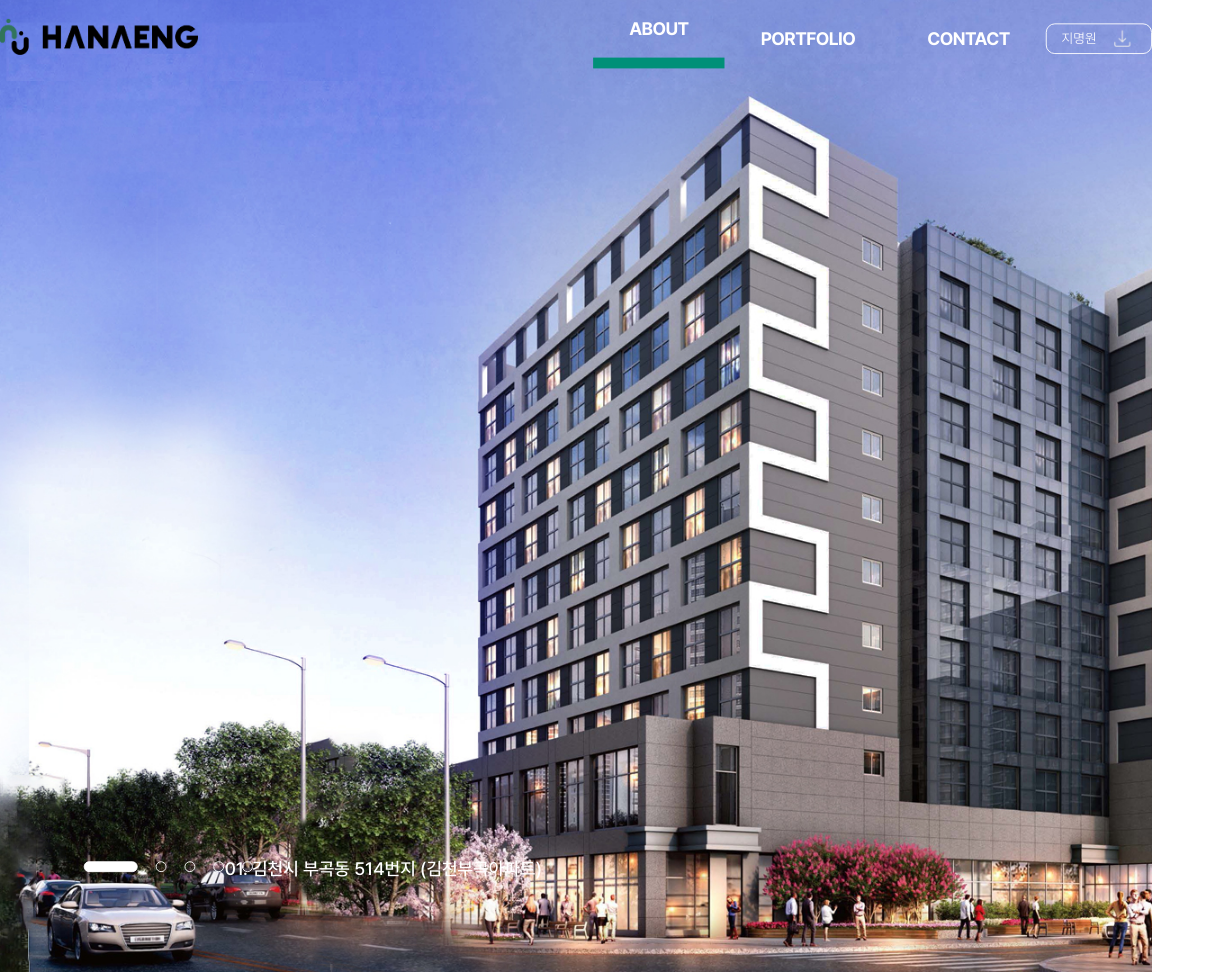
Repository: makeditWeb/hanaenc
Page: main.html
These files come from the project's save history. The page is drawn as it stood at one moment and after the next save; the edit follows.
The browser window is 1280 px wide. The page is 1363 px wide, so the pictures cover 1363 px, including what lies to the right of the window. The pictures show the whole page, at 90% of full size.
The pointer rests on the first visible `.menu-bar .nav-link`.
Some web libraries are served in a nearby version.

Above is the page before, as saved 2023-07-05 18:54:48.

### main.html
<!DOCTYPE html>
<html lang="en">
<head>
    <meta charset="UTF-8">
    <meta name="viewport" content="width=device-width, initial-scale=1.0">
    <title>Document</title>

    <link rel="stylesheet" href="./css/style.css">

    <link rel="stylesheet" type="text/css" href="//cdn.jsdelivr.net/npm/slick-carousel@1.8.1/slick/slick.css"/>
</head>
<body>
    <header id="nav-menu" aria-label="navigation bar">
        <div class="container">
            <div class="nav-start">
                <a class="logo" href="/">
                    <img src="./image/logo_b.png"alt="Logo" />
                </a>

            </div>



            <div class="nav-end">
                <nav class="menu">
                    <ul class="menu-bar">
                        <li>
                            <button class="nav-link dropdown-btn" data-dropdown="dropdown1" aria-haspopup="true"
                                aria-expanded="false" aria-label="discover">
                                ABOUT
                            </button>
                            <div id="dropdown1" class="dropdown">
                                <ul role="menu">
                                    <li role="menuitem">
                                        <a class="dropdown-link" href="#branding">회사소개 및 연혁</a>
                                    </li>
                                    <li role="menuitem">
                                        <a class="dropdown-link" href="#branding">사업분야</a>
                                    </li>
                                    <li role="menuitem">
                                        <a class="dropdown-link" href="#illustrations">조직도</a>
                                    </li>
                                    <li role="menuitem">
                                        <a class="dropdown-link" href="#illustrations">인증현황</a>
                                    </li>
                                </ul>
                            </div>
                        </li>
                        <li><a class="nav-link" href="/">PORTFOLIO</a></li>
                        <li><a class="nav-link" href="/">CONTACT</a></li>
                    </ul>
                </nav>
                <div class="download_wrap">
                    <p>지명원</p>
                    <img src="./image/navbar_down_w.png">
                </div>
                <button id="hamburger" aria-label="hamburger" aria-haspopup="true" aria-expanded="false">
                    <i class="bx bx-menu" aria-hidden="true"></i>
                </button>
            </div>
        </div>
    </header>

    <section class="main">
        <div class="main-slide-wrap">
            <div class="main-slide">
                <img src="./image/main_slide1.jpg" alt="slide1">
                <p class="slide_title">01. 김천시 부곡동 514번지 (김천부곡아파트)</p>
            </div>
            <div class="main-slide">
                <img src="./image/main_slide2.jpg" alt="slide1">
                <p class="slide_title">01. 김천시 부곡동 514번지 (김천부곡아파트)</p>
            </div>
            <div class="main-slide">
                <img src="./image/main_slide3.jpg" alt="slide1">
                <p class="slide_title">01. 김천시 부곡동 514번지 (김천부곡아파트)</p>
            </div>
            <div class="main-slide">
                <img src="./image/main_slide4.jpg" alt="slide1">
                <p class="slide_title">01. 김천시 부곡동 514번지 (김천부곡아파트)</p>
            </div>
            <div class="main-slide">
                <img src="./image/main_slide5.jpg" alt="slide1">
                <p class="slide_title">01. 김천시 부곡동 514번지 (김천부곡아파트)</p>
            </div>
        </div>
    </section>
</body>

<script type="text/javascript" src="//code.jquery.com/jquery-1.11.0.min.js"></script>
<script type="text/javascript" src="//cdn.jsdelivr.net/npm/slick-carousel@1.8.1/slick/slick.min.js"></script>
<script src="./js/main.js"></script>

<script>
    $(document).ready(function () {
        $('.main-slide-wrap').slick({
            infinite: true,
            slidesToShow: 1,
            dots: true,
            arrows:false,
        });
    });
</script>
</html>

### css/style.css
* {
    margin: 0;
    padding: 0;
    box-sizing: border-box;
}

:root {
    --dark-grey: #333333;
    --medium-grey: #636363;
    --light-grey: #eeeeee;
    --ash: #f4f4f4;
    --primary-color: #2b72fb;
    --white: white;
    --border: 1px solid var(--light-grey);
    --shadow: rgba(0, 0, 0, 0.05) 0px 6px 24px 0px,
        rgba(0, 0, 0, 0.08) 0px 0px 0px 1px;
    --main-color:#009078;
}


@font-face {
    font-family: 'Pretendard-Thin';
    src: url('../font/Pretendard-Thin.woff') format('woff'),
        url('../font/Pretendard-Thin.woff2') format('woff2');
    font-weight: 100;
    font-style: normal;
}

@font-face {
    font-family: 'Pretendard-ExtraLight';
    src: url('../font/Pretendard-ExtraLight.woff') format('woff'),
    url('../font/Pretendard-ExtraLight.woff2') format('woff2');
    font-weight: 200;
    font-style: normal;
}

@font-face {
    font-family: 'Pretendard-Light';
    src: url('../font/Pretendard-Light.woff') format('woff'),
    url('../font/Pretendard-Light.woff2') format('woff2');
    font-weight: 300;
    font-style: normal;
}

@font-face {
    font-family: 'Pretendard-Regular';
    src: url('../font/Pretendard-Regular.woff') format('woff'),
    url('../font/Pretendard-Regular.woff2') format('woff2');
    font-weight: 400;
    font-style: normal;
}

@font-face {
    font-family: 'Pretendard-Medium';
    src: url('../font/Pretendard-Medium.woff') format('woff'),
    url('../font/Pretendard-Medium.woff2') format('woff2');
    font-weight: 500;
    font-style: normal;
}

@font-face {
    font-family: 'Pretendard-SemiBold';
    src: url('../font/Pretendard-SemiBold.woff') format('woff'),
    url('../font/Pretendard-SemiBold.woff2') format('woff2');
    font-weight: 600;
    font-style: normal;
}

@font-face {
    font-family: 'Pretendard-Bold';
    src: url('../font/Pretendard-Bold.woff') format('woff'),
    url('../font/Pretendard-Bold.woff2') format('woff2');
    font-weight: 700;
    font-style: normal;
}

@font-face {
    font-family: 'Pretendard-ExtraBold';
    src: url('../font/Pretendard-ExtraBold.woff') format('woff'),
    url('../font/Pretendard-ExtraBold.woff2') format('woff2');
    font-weight: 800;
    font-style: normal;
}

@font-face {
    font-family: 'Pretendard-Black';
    src: url('../font/Pretendard-Black.woff') format('woff'),
    url('../font/Pretendard-Black.woff2') format('woff2');
    font-weight: 800;
    font-style: normal;
}


body {
    font-family: inherit;

}

ul {
    list-style: none;
}

a {
    text-decoration: none;
}

button {
    border: none;
    background-color: transparent;
    cursor: pointer;
    outline: none;
}

.btn {
    display: block;
    text-align: center;
    padding: 0.6rem 1.4rem;
    font-size: 1rem;
    font-weight: 500;
    border-radius: 5px;
}


.logo {
    width: 220px;
    height: auto;
}

.logo img{
    width: 100%;
    height: 100%;
}

#nav-menu {
    background-color: transparent;
    position: fixed;
    top: 0;
    left: 0;
    height: 100px;
    width: 100%;
    z-index: 9;
    height: 90px;
}

.container {
    display: flex;
    align-items: center;
    justify-content: space-between;
    column-gap: 2rem;

    max-width: 1410px;
    margin: 0 auto;
}

.menu {
    position: relative;
}

.menu-bar li{
    position: relative;
    padding: 10px 0;
}

.menu-bar li:first-child{
    padding: 0 0 10px;
}


.menu-bar .dropdown-link-title {
    font-weight: 600;
}

.menu-bar .nav-link {
    font-size: 20px;
    letter-spacing: -0.6px;
    padding: 20px 40px;
    color: #fff;
    font-family: 'Pretendard-Bold';
    box-sizing: border-box;
}

.menu-bar .nav-link:hover{
    border-bottom: 2px solid var(--main-color);
    border-bottom-width: 12px;
}

.menu-bar .nav-link:hover,
.dropdown-link:hover {
    color: #fff;
}

.nav-start,
.nav-end,
.menu-bar,
.right-container,
.right-container .search {
    display: flex;
    align-items: center;
}

.dropdown {
    display: flex;
    flex-direction: column;
    width: 180px;
    height: 220px;
    background-color: var(--main-color);
    border-radius: 10px;
    position: absolute;
    top: 80px;
    left: -25px;
    z-index: 1;
    visibility: hidden;
    opacity: 0;
    transform: scale(0.97) translateX(-5px);
    transition: 0.1s ease-in-out;
    box-shadow: var(--shadow);
}

.dropdown.active {
    visibility: visible;
    opacity: 1;
    transform: scale(1) translateX(5px);
}

.dropdown ul {
    display: flex;
    flex-direction: column;
    padding: 27px 25px;
}

.dropdown-btn {
    display: flex;
    align-items: center;
    justify-content: space-between;
    gap: 0.15rem;
}

.dropdown-link {
    color: #fff;
    transition: 0.1s ease-in-out;
}

.dropdown-link p {
    font-size: 20px;
}

.right-container {
    display: flex;
    align-items: center;
    column-gap: 1rem;
}

.right-container .search {
    position: relative;
}

.right-container img {
    border-radius: 50%;
}

.search input {
    background-color: var(--ash);
    border: none;
    border-radius: 6px;
    padding: 0.7rem;
    padding-left: 2.4rem;
    font-size: 16px;
    width: 100%;
    border: var(--border);
}

.search .bx-search {
    position: absolute;
    left: 10px;
    top: 50%;
    font-size: 1.3rem;
    transform: translateY(-50%);
    opacity: 0.6;
}

#hamburger {
    display: none;
    padding: 0.1rem;
    margin-left: 1rem;
    font-size: 1.9rem;
}

.download_wrap{
    display: flex;
    align-items: center;
    justify-content: center;
    border: 1px solid #fff;
    border-radius: 10px;
    width: 118px;
    height: 34px;

}

.download_wrap p{
    font-size: 15px;
    color: #fff;
    font-family: 'Pretendard-Light';
    margin-right: 14px;
}

.download_wrap img{
    width: 30px;
    height: 30px;
}

.main-slide {
    width: 100%;
    position: relative;
}

.main-slide p{
    color: #fff;
    position: absolute;
    bottom: 103px;
    left: 19.5%;
    font-size: 20px;
    font-family: 'Pretendard-Medium';
}

.slick-dots{
    display: flex;
    align-items: center;
    padding: 1rem 0;
    list-style-type: none;
    position: absolute;
    bottom: 95px;
    max-width: 1410px;
    width: 100%;
    margin: 0 auto;
    left: 6.5%;
}

.slick-dots li {
    margin: 0 10px;
}

.slick-dots button {
    display: block;
    width: 12px;
    height: 12px;
    border-radius: 50%;
    padding: 0;
    border: none;
    background-color: transparent;
    border: 1px solid #fff;
    text-indent: -9999px;
}

.slick-dots li.slick-active button {
    width: 60px;
    height: 12px;
    background-color: #fff;
    border-radius: 10px;
  }

@media (max-width: 1100px) {
    #hamburger {
        display: block;
    }

    .container {
        padding: 1.2rem;
    }

    .menu {
        display: none;
        position: absolute;
        top: 87px;
        left: 0;
        min-height: 100vh;
        width: 100vw;
    }



    .dropdown {
        display: none;
        min-width: 100%;
        border: none !important;
        border-radius: 5px;
        position: static;
        top: 0;
        left: 0;
        visibility: visible;
        opacity: 1;
        transform: none;
        box-shadow: none;
    }

    .menu.show,
    .dropdown.active {
        display: block;
    }

    .dropdown ul {
        padding-left: 0.3rem;
    }

    .menu-bar {
        display: flex;
        flex-direction: column;
        align-items: stretch;
        row-gap: 1rem;
        padding: 1rem;
    }

    .menu-bar .nav-link {
        display: flex;
        justify-content: space-between;
        width: 100%;
        font-weight: 600;
        font-size: 1.2rem;
        margin: 0;
    }

    .menu-bar li:first-child .dropdown {
        min-width: 100%;
    }

    .menu-bar>li:not(:last-child) {
        padding-bottom: 0.5rem;
        border-bottom: var(--border);
    }
}

@media (max-width: 600px) {
    .right-container {
        display: none;
    }
}

### js/main.js


// main

const dropdownBtn = document.querySelectorAll(".dropdown-btn");
const dropdown = document.querySelectorAll(".dropdown");
const hamburgerBtn = document.getElementById("hamburger");
const navMenu = document.querySelector(".menu");
const links = document.querySelectorAll(".dropdown a");

function setAriaExpandedFalse() {
  dropdownBtn.forEach((btn) => btn.setAttribute("aria-expanded", "false"));
}

function closeDropdownMenu() {
  dropdown.forEach((drop) => {
    drop.classList.remove("active");
    drop.addEventListener("click", (e) => e.stopPropagation());
  });
}

function toggleHamburger() {
  navMenu.classList.toggle("show");
}

dropdownBtn.forEach((btn) => {
  btn.addEventListener("click", function (e) {
    const dropdownIndex = e.currentTarget.dataset.dropdown;
    const dropdownElement = document.getElementById(dropdownIndex);

    dropdownElement.classList.toggle("active");
    dropdown.forEach((drop) => {
      if (drop.id !== btn.dataset["dropdown"]) {
        drop.classList.remove("active");
      }
    });
    e.stopPropagation();
    btn.setAttribute(
      "aria-expanded",
      btn.getAttribute("aria-expanded") === "false" ? "true" : "false"
    );
  });
});

// close dropdown menu when the dropdown links are clicked
links.forEach((link) =>
  link.addEventListener("click", () => {
    closeDropdownMenu();
    setAriaExpandedFalse();
    toggleHamburger();
  })
);

// close dropdown menu when you click on the document body
document.documentElement.addEventListener("click", () => {
  closeDropdownMenu();
  setAriaExpandedFalse();
});

// close dropdown when the escape key is pressed
document.addEventListener("keydown", (e) => {
  if (e.key === "Escape") {
    closeDropdownMenu();
    setAriaExpandedFalse();
  }
});

// toggle hamburger menu
hamburgerBtn.addEventListener("click", toggleHamburger);

After the next save:
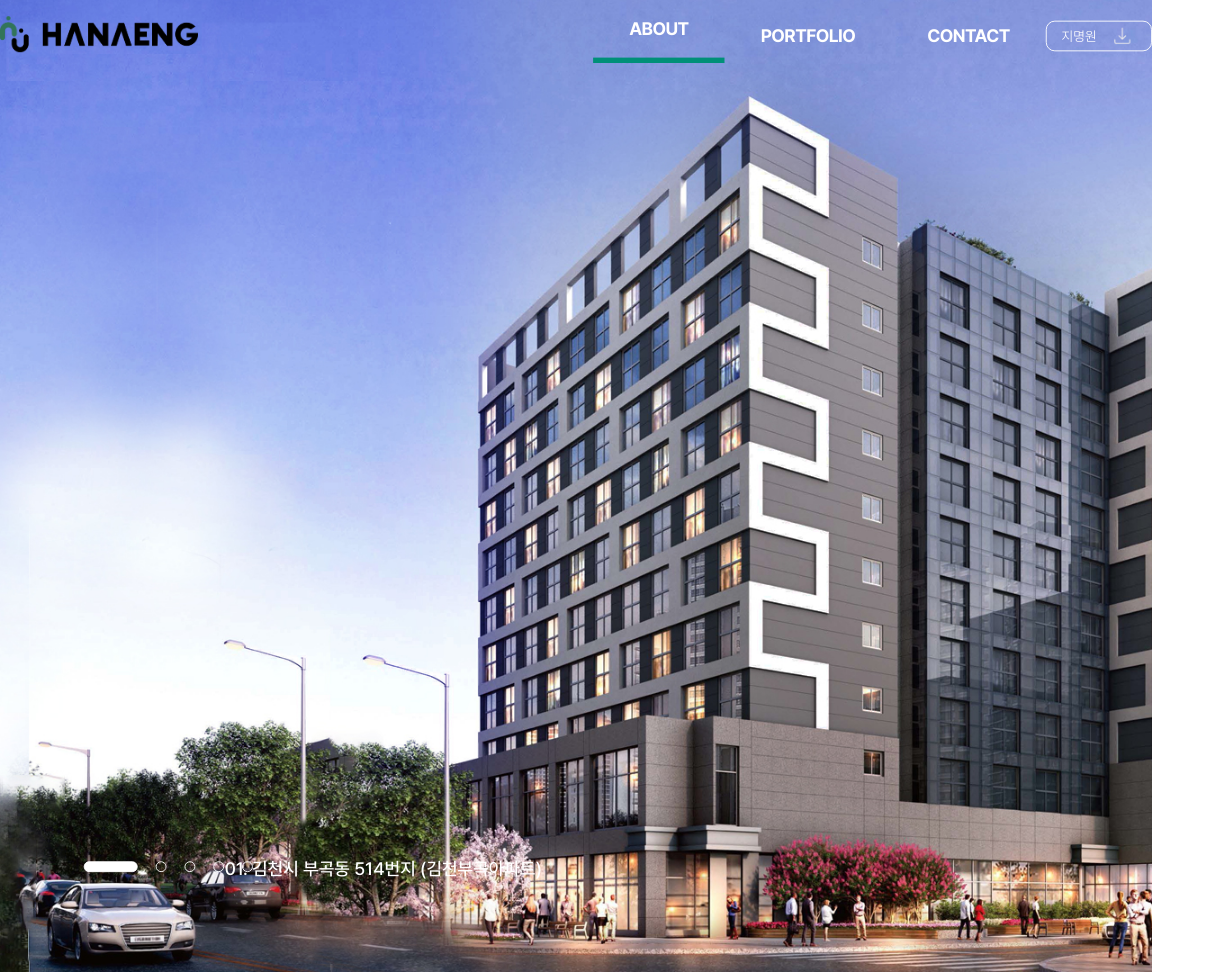
Saved 12 s later.
--- a/css/style.css
+++ b/css/style.css
@@ -181,7 +181,7 @@
 
 .menu-bar .nav-link:hover{
     border-bottom: 2px solid var(--main-color);
-    border-bottom-width: 12px;
+    border-bottom-width: 6px;
 }
 
 .menu-bar .nav-link:hover,
